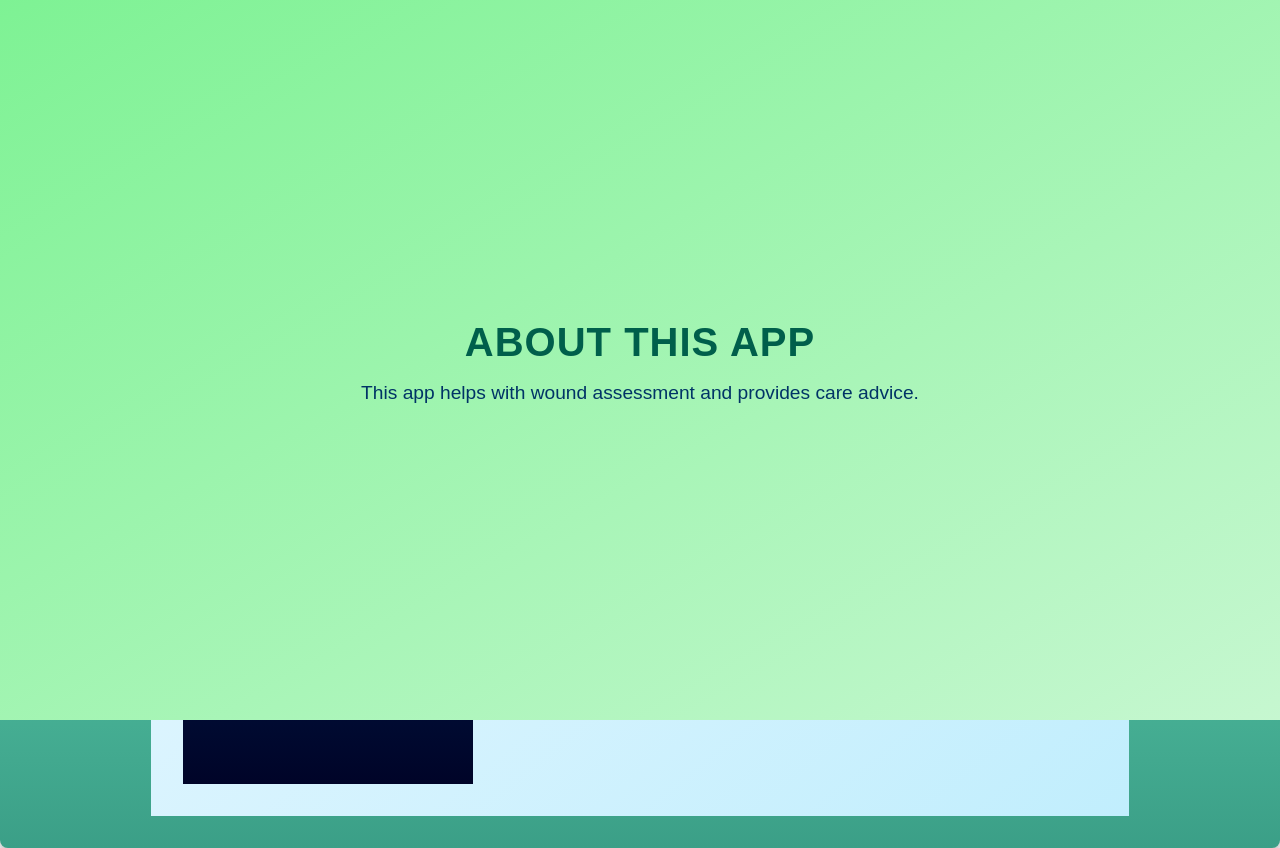
Repository: Jinwoo290350/Surgicare-Vue
Page: /about (app in surgicare/)
The author's editor kept a copy of each file at every save. The page is drawn from the files as they stood at one save, then again after the next save.
The browser window is 1280 px wide. The pictures show the whole page.
The project was rebuilt for these pictures with package versions that can differ from the ones it lists, and the page was loaded fresh each time. Also part of the build but not shown: surgicare/vite.config.js, surgicare/src/views/Home.vue, surgicare/src/views/Member.vue, surgicare/src/components/WoundAssessment.vue.

Above is the page before, as saved 2024-12-30 14:23:57.
Console error: TypeError: Cannot read properties of null (reading 'getContext')

After the next save:
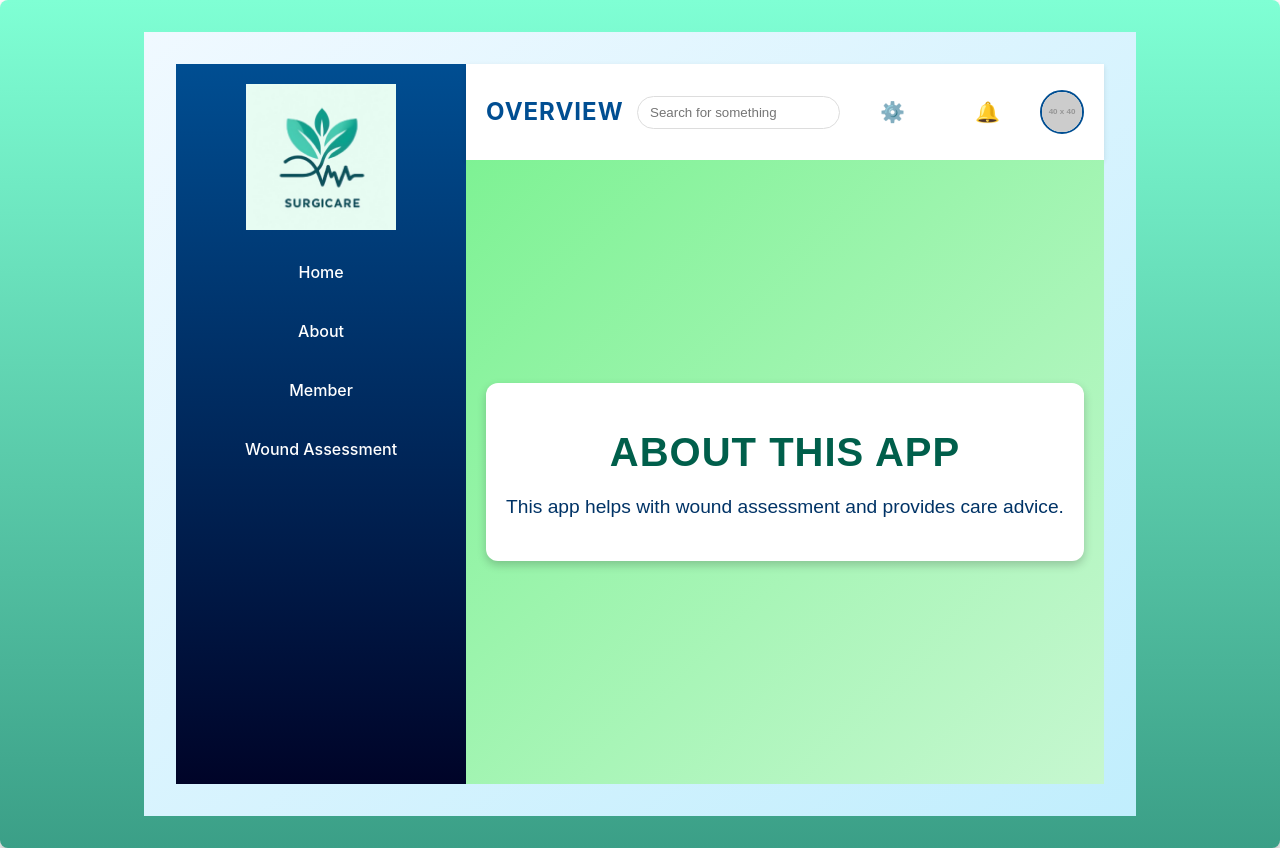
Saved 74 s later.
--- a/surgicare/src/views/About.vue
+++ b/surgicare/src/views/About.vue
@@ -1,7 +1,9 @@
 <template>
   <div class="about">
-    <h1 class="title">About This App</h1>
-    <p class="description">This app helps with wound assessment and provides care advice.</p>
+    <div class="content">
+      <h1 class="title">About This App</h1>
+      <p class="description">This app helps with wound assessment and provides care advice.</p>
+    </div>
   </div>
 </template>
 
@@ -14,34 +16,34 @@ export default {
 <style scoped>
 .about {
   display: flex;
-  flex-direction: column;
+  justify-content: center;
   align-items: center;
-  justify-content: center;
-  position: absolute; /* Center content absolutely */
-  top: 50%;
-  left: 50%;
-  transform: translate(-50%, -50%); /* Translate to perfect center */
-  width: 100%;
-  height: 100%;
-  background: linear-gradient(to bottom right, #7ef294, #c6f7d0);
-  color: #003366;
+  height: 100vh; /* Full height for viewport */
+  background: linear-gradient(to bottom right, #7ef294, #c6f7d0); /* Subtle gradient */
   font-family: 'Arial', sans-serif;
   text-align: center;
+  box-sizing: border-box;
   padding: 20px;
-  box-sizing: border-box;
+}
+
+.content {
+  max-width: 600px; /* Limit content width for better readability */
+  padding: 20px;
+  background: #ffffff;
+  border-radius: 12px; /* Rounded corners */
+  box-shadow: 0 4px 10px rgba(0, 0, 0, 0.2); /* Subtle shadow */
 }
 
 .title {
   font-size: 2.5rem;
   font-weight: bold;
+  color: #005f4b;
   margin-bottom: 15px;
-  color: #005f4b; /* Darker green for the title */
 }
 
 .description {
   font-size: 1.2rem;
+  color: #003366;
   font-weight: 300;
-  margin-top: 0;
-  color: #003366; /* Slightly darker for better readability */
 }
 </style>
